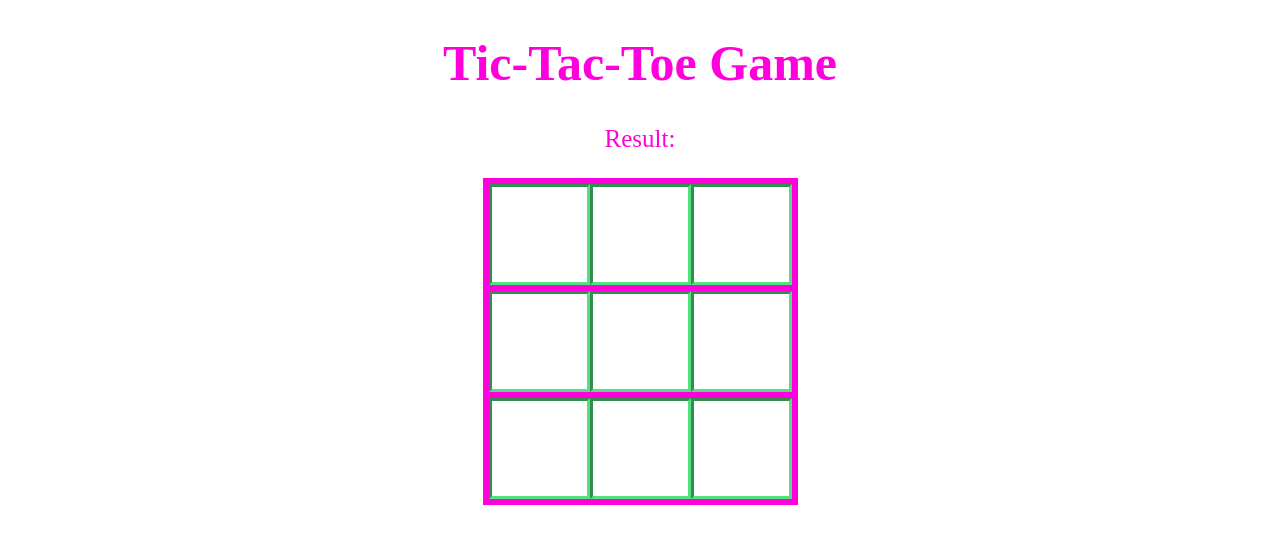
Repository: 0101chaitanya/Tic-Tac-Toe
Page: index.html
The author's editor kept a copy of each file at every save. The page is drawn from the files as they stood at one save, then again after a run of saves.
The browser window is 1280 px wide. The pictures show the whole page.

Above is the page before, as saved 2021-06-09 18:08:50.

After the next 6 saves:
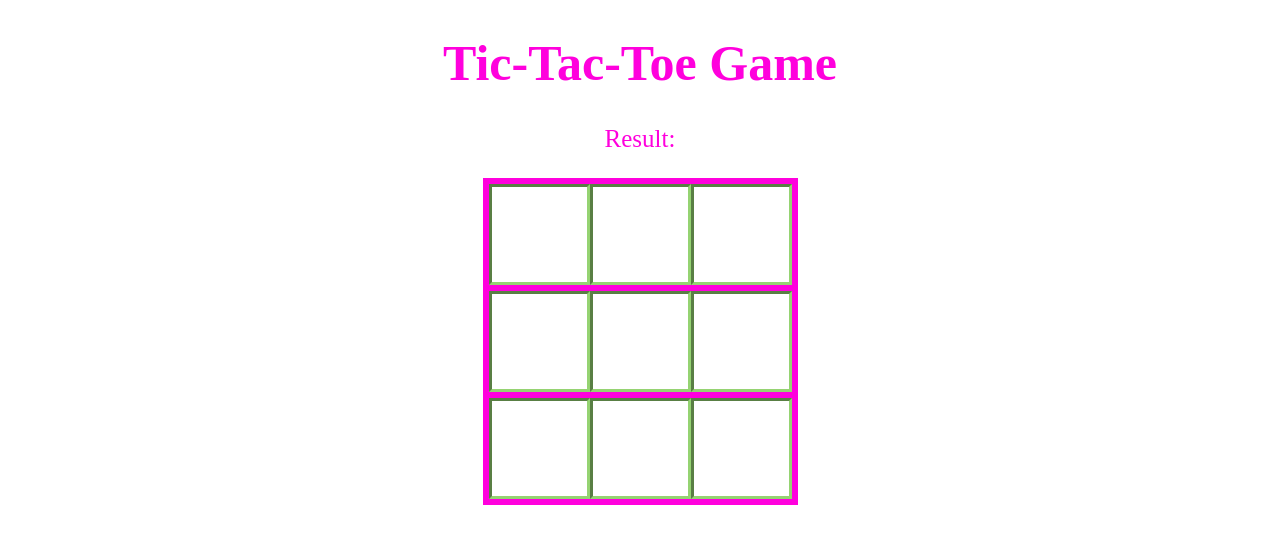
The 6 saves are shown as one change because they came seconds apart.
The last was saved 20 s later.
--- a/styles.css
+++ b/styles.css
@@ -45,5 +45,5 @@
     width:3.8rem;
     height:3.8rem;
 border-style:inset;
-border-color: rgb(85, 224, 127);;
+border-color: rgb(149, 211, 114);;
 }
